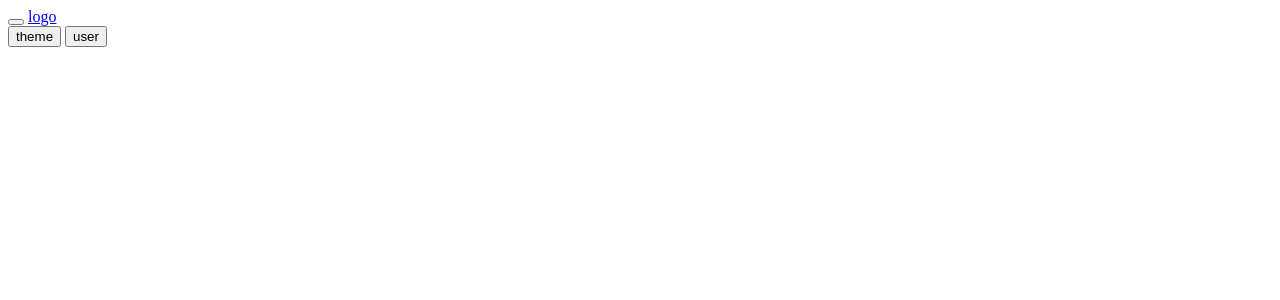
Repository: pedro-donoso/curso-tailwind
Page: index.html
An editor plug-in stored every save of this project. The page is shown before and after the next save, followed by the edit.
The browser window is 1280 px wide. The pictures show the whole page.

Above is the page before, as saved 2024-01-23 00:17:11.

### index.html
<!doctype html>
<html lang="es">

<head>
    <meta charset="UTF-8" />
    <meta name="viewport" content="width=device-width, initial-scale=1.0" />

    <link rel="stylesheet" href="tailwind.css" />

    <title>
        Curso Tailwind
    </title>
</head>

<body class="bg-slate-300">

    <header class="bg-white px-6 shadow">
        <div class="flex h-16 items-center justify-between">
            <button>

            </button>
            <a href="#">logo</a>
            <div>
                <button>theme</button>
                <button>user</button>
            </div>
        </div>
    </header>

</body>

</html>

Loaded but not shown: tailwind.css (common file)

After the next save:
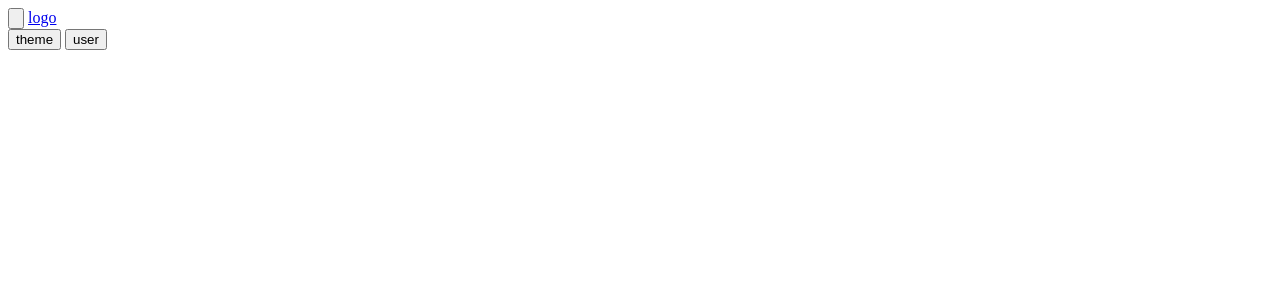
Saved 4 s later.
--- a/index.html
+++ b/index.html
@@ -17,7 +17,10 @@
     <header class="bg-white px-6 shadow">
         <div class="flex h-16 items-center justify-between">
             <button>
-
+                <svg data-slot="icon" fill="none" stroke-width="1.5" stroke="currentColor" viewBox="0 0 24 24"
+                    xmlns="http://www.w3.org/2000/svg" aria-hidden="true">
+                    <path stroke-linecap="round" stroke-linejoin="round" d="M3.75 6.75h16.5M3.75 12h16.5m-16.5 5.25h16.5"></path>
+                </svg>
             </button>
             <a href="#">logo</a>
             <div>
